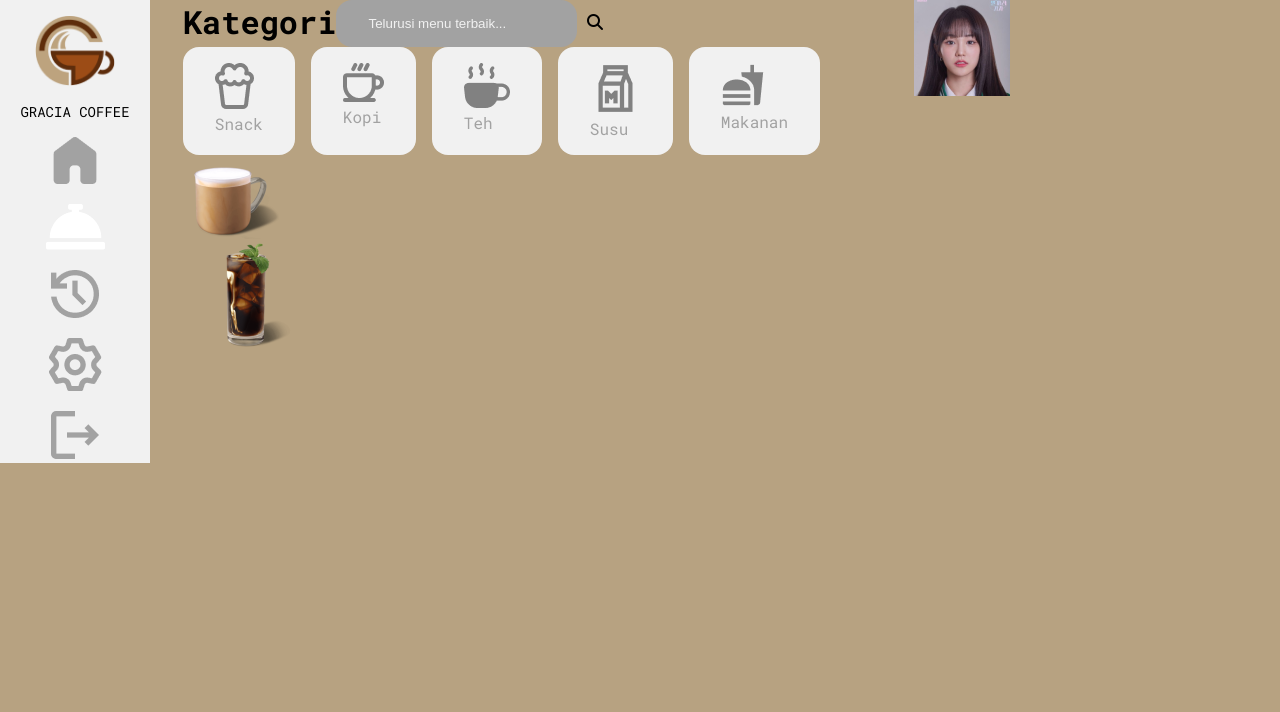
Repository: DanielChuaaa/sbd2
Page: index.html
The author's editor kept a copy of each file at every save. The page is drawn from the files as they stood at one save, then again after the next save.
The browser window is 1280 px wide. The pictures show the whole page.
Some web libraries are served in a nearby version.

Above is the page before, as saved 2023-10-20 11:13:58.

After the next save:
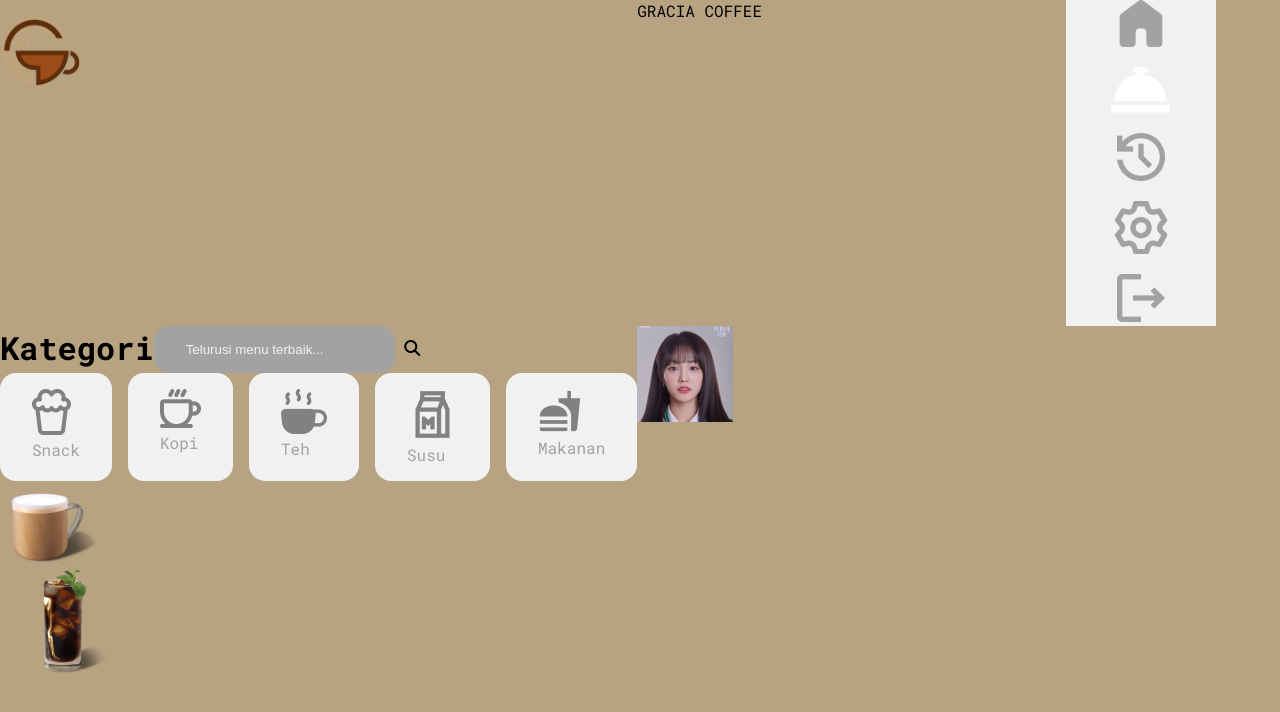
Saved 71 s later.
--- a/index.html
+++ b/index.html
@@ -17,9 +17,9 @@
 <body>
     <div class="container">
         <div class="grid-wrapper">
+            <img src="/assets/logo projek SBD 1.png" class="icon" width="80px" height="70px" alt="logo">
+            <p>GRACIA COFFEE</p>
             <div class="iconParent">
-                <img src="/assets/logo projek SBD 1.png" class="icon" width="80px" height="70px" alt="logo">
-                <p>GRACIA COFFEE</p>
                 <a href="#"><img src="./assets/home.png" alt="home"></a>
                 <a href="#"><img src="./assets/menu.png" alt="menu"></a>
                 <a href="#"><img src="./assets/history.png" alt="history"></a>

After the save that followed:
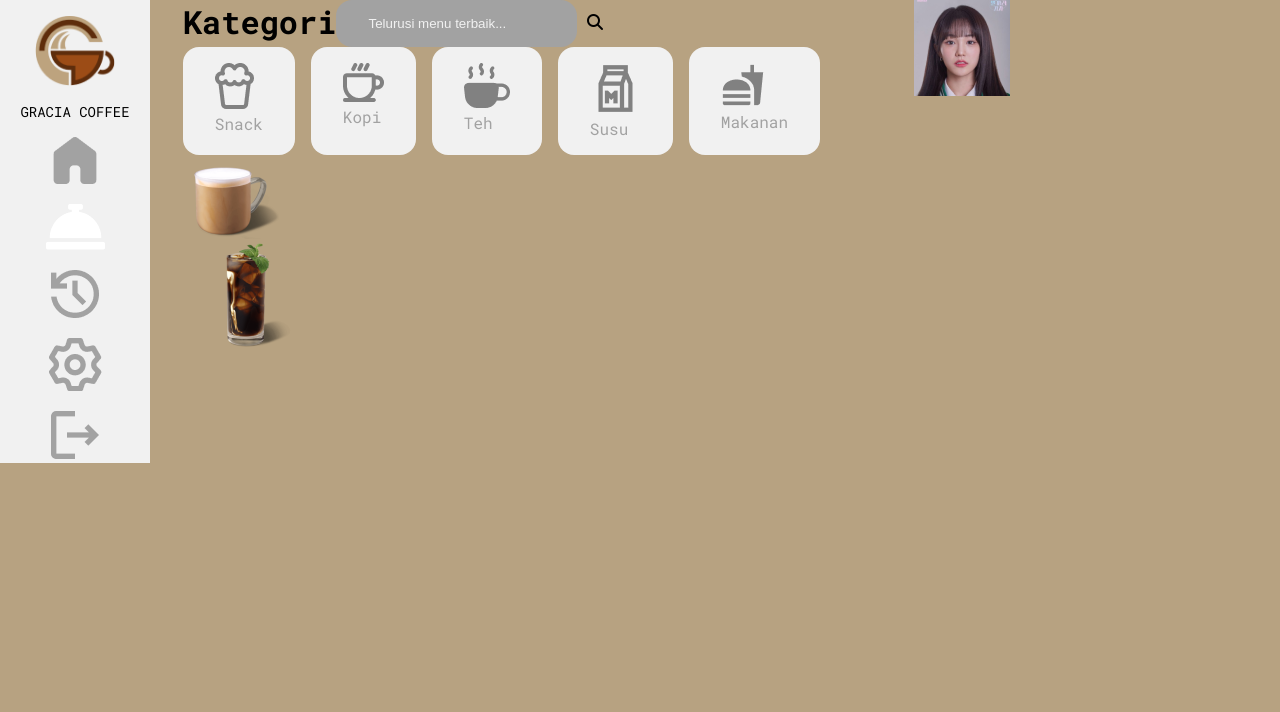
Saved 6 s later.
--- a/index.html
+++ b/index.html
@@ -17,9 +17,9 @@
 <body>
     <div class="container">
         <div class="grid-wrapper">
-            <img src="/assets/logo projek SBD 1.png" class="icon" width="80px" height="70px" alt="logo">
-            <p>GRACIA COFFEE</p>
             <div class="iconParent">
+                <img src="/assets/logo projek SBD 1.png" class="icon" width="80px" height="70px" alt="logo">
+                <p>GRACIA COFFEE</p>
                 <a href="#"><img src="./assets/home.png" alt="home"></a>
                 <a href="#"><img src="./assets/menu.png" alt="menu"></a>
                 <a href="#"><img src="./assets/history.png" alt="history"></a>
